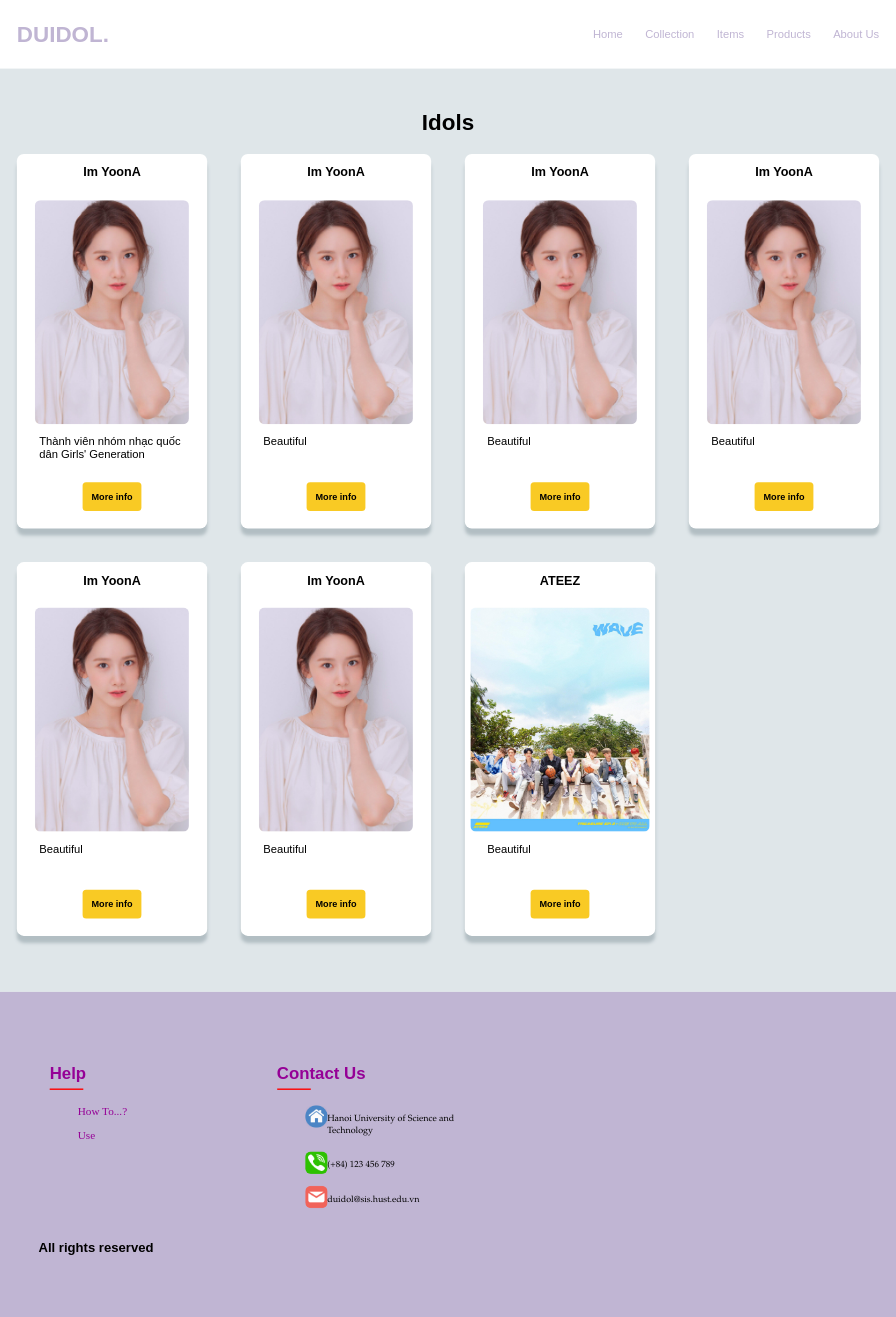
Repository: hangvtt183524/Cong_nghe_Web_va_dich_vu_truc_tuyen_20202
Page: ProjectWeb/src/View/html/idol_list.html
An editor plug-in stored every save of this project. The page is shown before and after the next save, followed by the edit.
The browser window is 1280 px wide. The pictures show the whole page, at 70% of full size.

Above is the page before, as saved 2021-05-06 15:29:19.

After the next save:
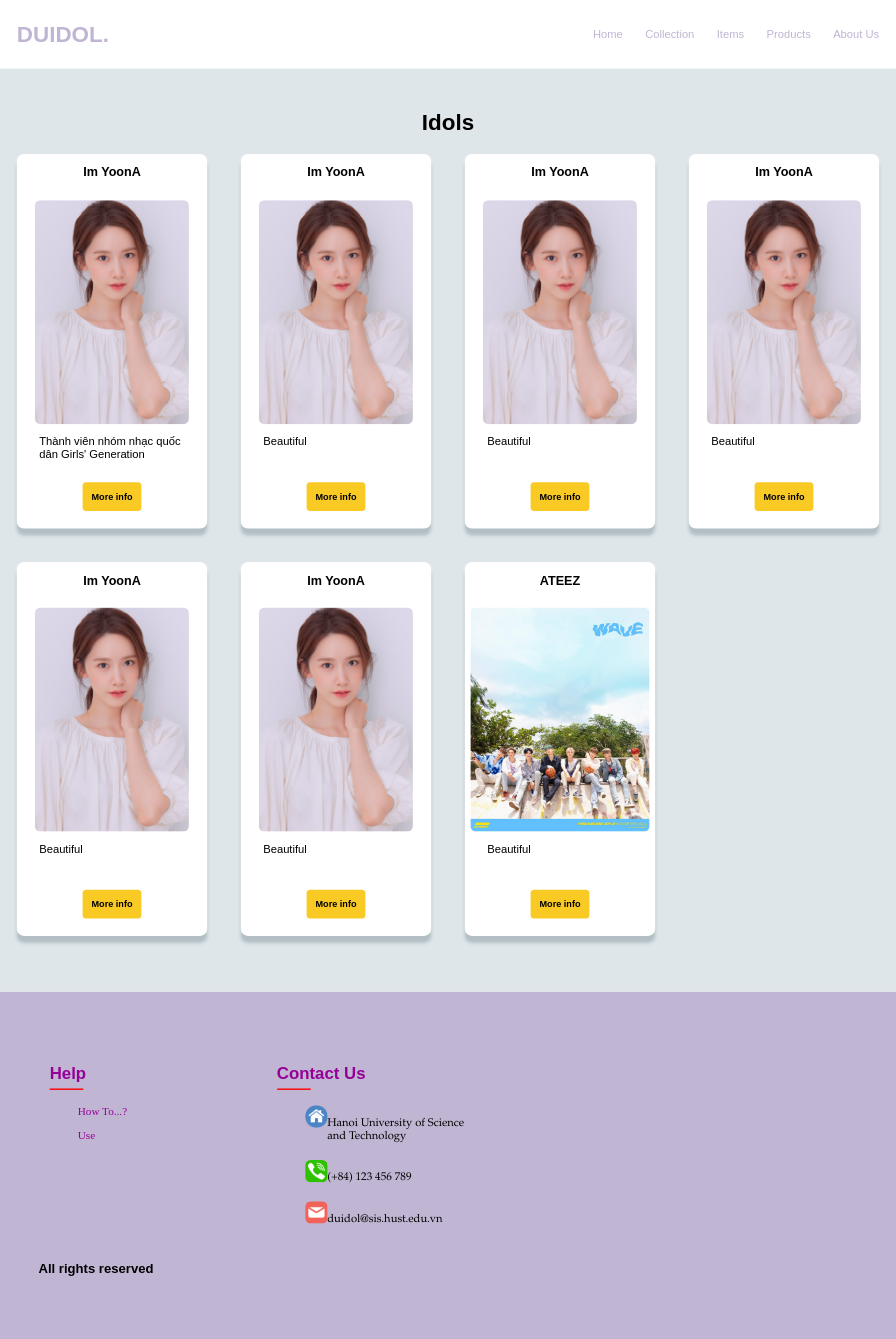
Saved 10 s later.
--- a/ProjectWeb/src/View/css/idol_list.css
+++ b/ProjectWeb/src/View/css/idol_list.css
@@ -146,7 +146,7 @@
 }
 
 .footer-col p {
-	font-size: 0.8em;
+	font-size: 1em;
 	font-family: Garamond;
 }
 
